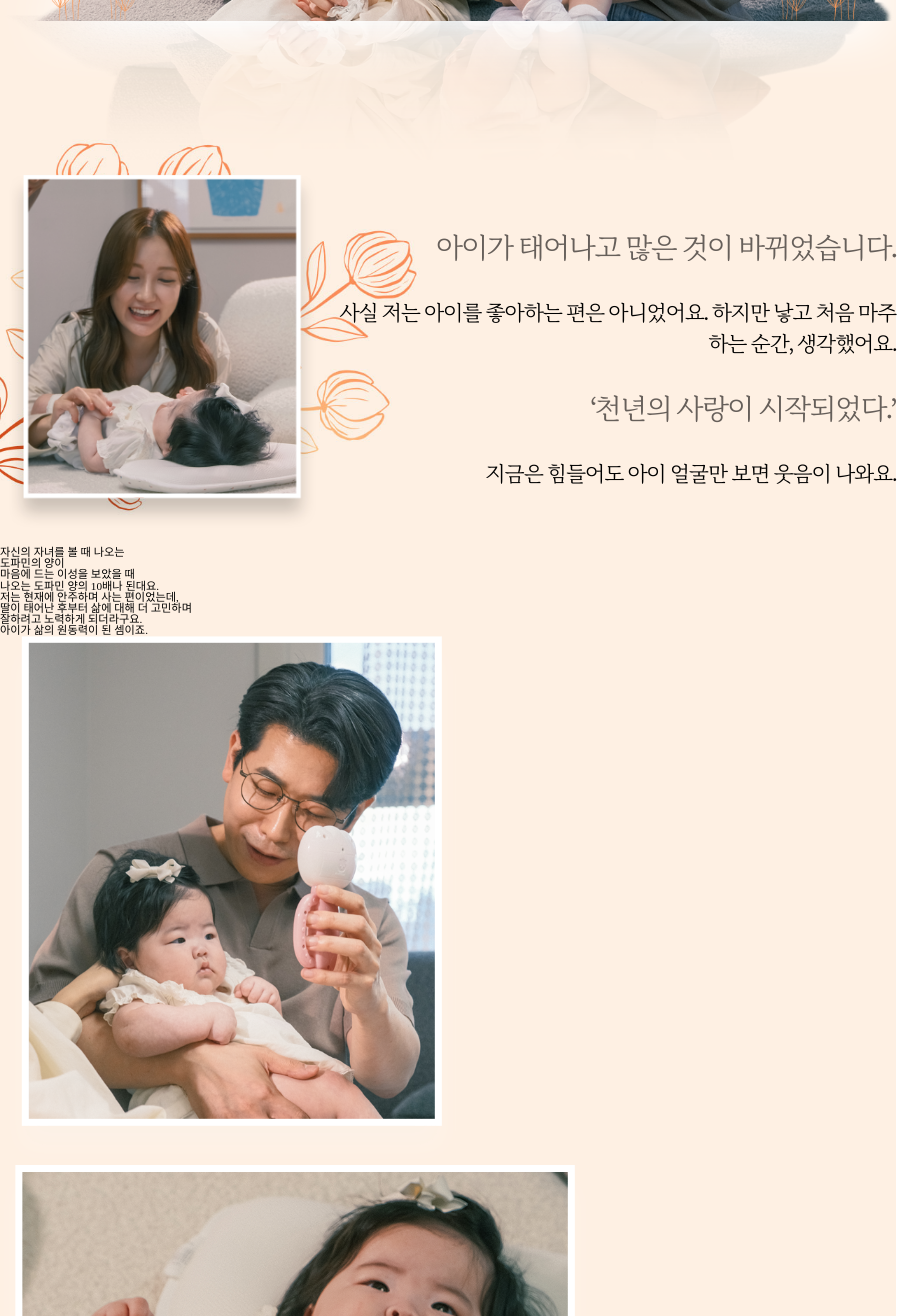
Repository: dlgywls1130/saveTheChildren
Page: index.html
The author's editor kept a copy of each file at every save. The page is drawn from the files as they stood at one save, then again after the next save.
The browser window is 1280 px wide. The page is 1293 px wide, so the pictures cover 1293 px, including what lies to the right of the window. The pictures show the part of the page from y = 2913 to 4793 px (the page is 10413 px tall before and 10571 px after), at 70% of full size.
Some web fonts or font styles are not loaded; a fallback is used. The style sheet was rebuilt from its Sass, Less or Tailwind sources for each picture, by a compiler version that may differ from the author's.

Above is the page before, as saved 2024-11-01 22:29:32.

After the next save:
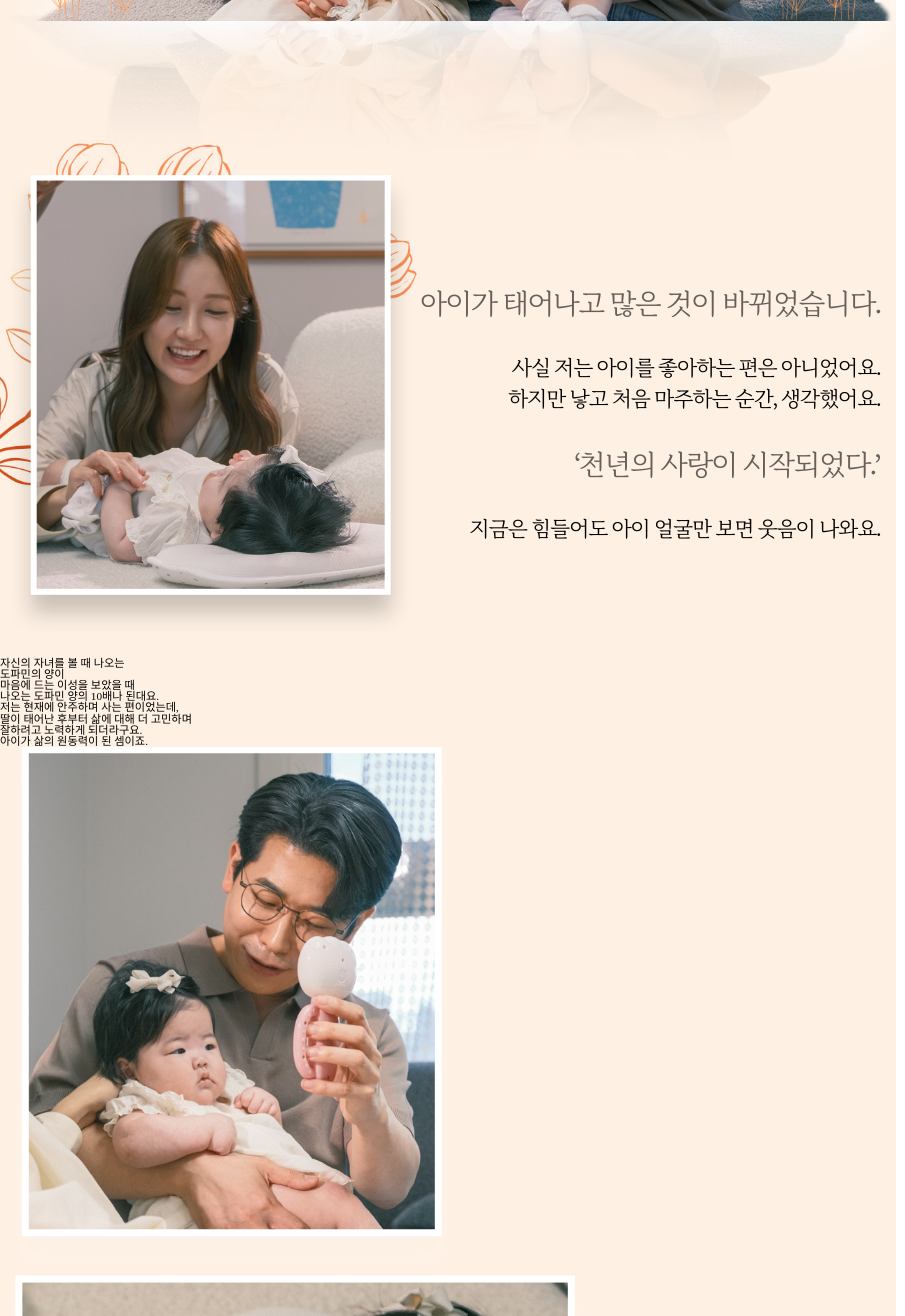
Saved 9 s later.
--- a/index.html
+++ b/index.html
@@ -81,7 +81,7 @@
                         </p>
                         <p class="story_text_02 mb-50">
                             사실 저는 아이를 좋아하는 편은 아니었어요.
-                            하지만 낳고 처음 마주하는 순간, 생각했어요.
+                            <br>하지만 낳고 처음 마주하는 순간, 생각했어요.
                         </p>
                         <p class="story_text_03 mb-50">
                             ‘천년의 사랑이 시작되었다.’
